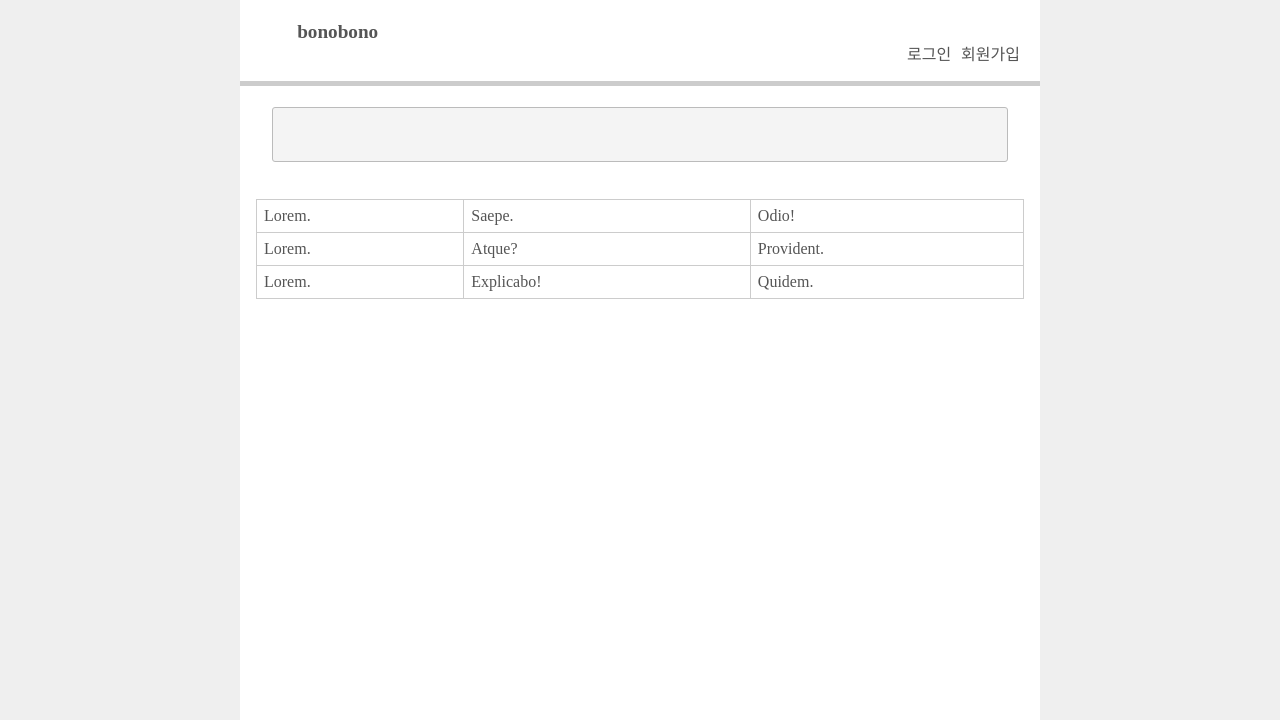
Repository: KKgeon/commonstudent
Page: WebClass/webPro/src/main/webapp/javascript/days03/ex02_02.html
These files come from the project's save history. The page is drawn as it stood at one moment and after the next save; the edit follows.
The browser window is 1280 px wide. The pictures show the whole page.
Some web fonts or font styles are not loaded; a fallback is used.

Above is the page before, as saved 2024-04-08 00:42:41.

After the next save:
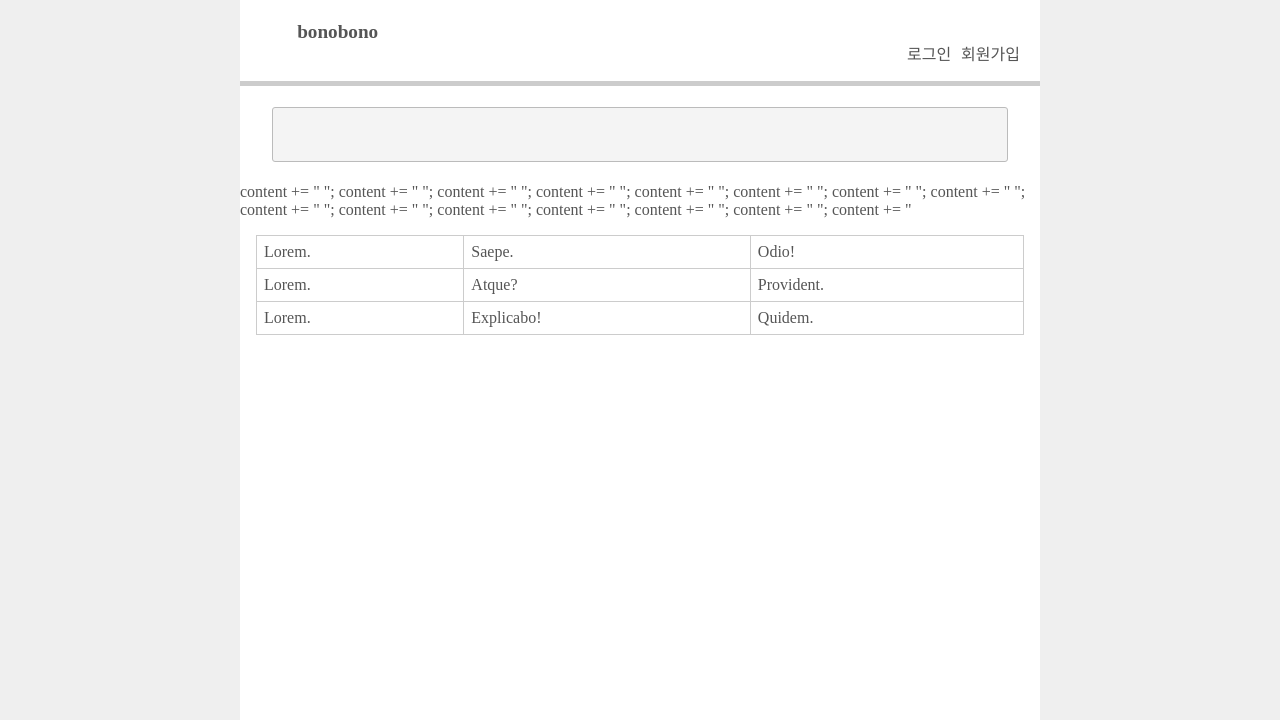
Saved 42 s later.
--- a/WebClass/webPro/src/main/webapp/javascript/days03/ex02_02.html
+++ b/WebClass/webPro/src/main/webapp/javascript/days03/ex02_02.html
@@ -28,21 +28,21 @@
 </div>
 
 <table border="1" style="width:300">
-	<tr>
-		<td>Lorem.</td>
-		<td>Saepe.</td>
-		<td>Odio!</td>
-	</tr>
-	<tr>
-		<td>Lorem.</td>
-		<td>Atque?</td>
-		<td>Provident.</td>
-	</tr>
-	<tr>
-		<td>Lorem.</td>
-		<td>Explicabo!</td>
-		<td>Quidem.</td>
-	</tr>
+content += "	<tr>                      ";
+content += "		<td>Lorem.</td>       ";
+content += "		<td>Saepe.</td>       ";
+content += "		<td>Odio!</td>        ";
+content += "	</tr>                     ";
+content += "	<tr>                      ";
+content += "		<td>Lorem.</td>       ";
+content += "		<td>Atque?</td>       ";
+content += "		<td>Provident.</td>   ";
+content += "	</tr>                     ";
+content += "	<tr>                      ";
+content += "		<td>Lorem.</td>       ";
+content += "		<td>Explicabo!</td>   ";
+content += "		<td>Quidem.</td>      ";
+content += "	</tr>
 </table>
 </body>
 </html>
